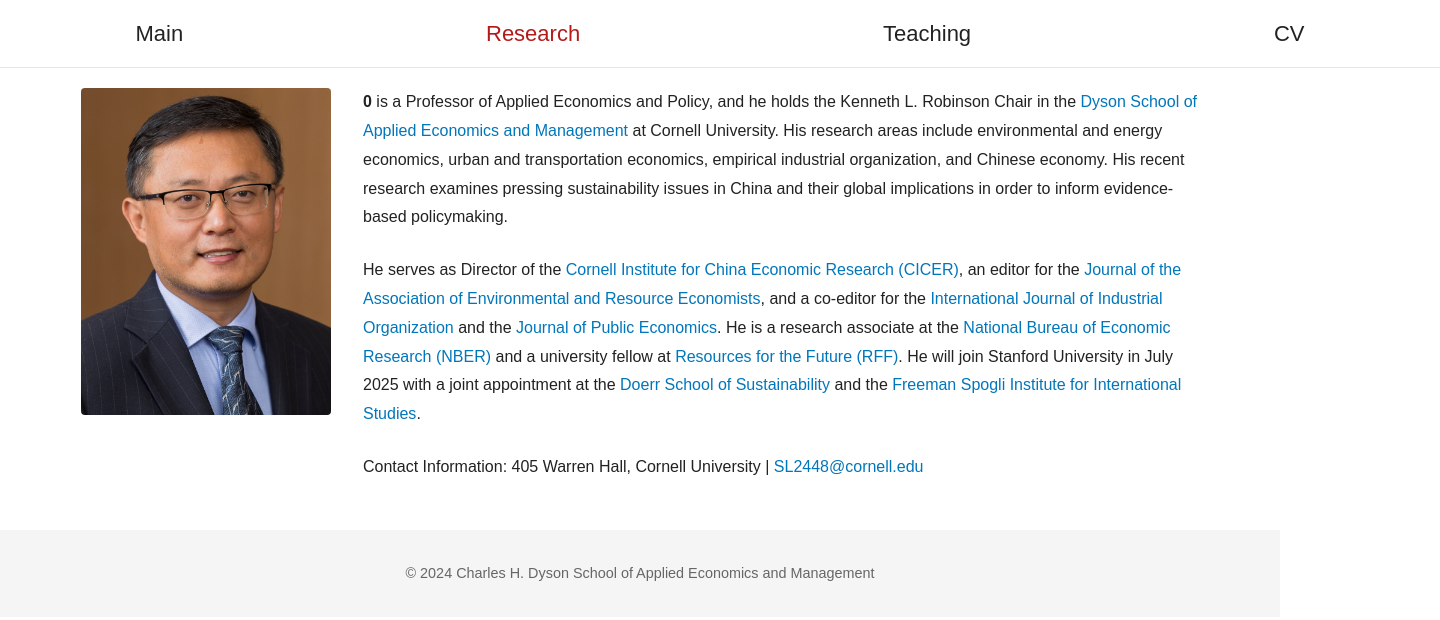
Repository: huang-heavenly-Emperor/k1_project
Page: research.html
An editor plug-in stored every save of this project. The page is shown before and after the next save, followed by the edit.
The browser window is 1280 px wide. The page is 1440 px wide, so the pictures cover 1440 px, including what lies to the right of the window. The pictures show the whole page.

Above is the page before, as saved 2024-11-17 15:06:42.

### research.html
<!DOCTYPE html>
<html lang="en">
<head>
    <meta charset="UTF-8">
    <meta name="viewport" content="width=device-width, initial-scale=1.0">
    <title>Research - Cornell University</title>
    <link rel="stylesheet" href="reset.css">
    <link rel="stylesheet" href="common.css">
    <link rel="stylesheet" href="research.css">
</head>
<body>
    <header class="site-header">

        <nav class="main-nav">
            <div class="nav-container">
                <ul class="nav-list">
                    <li><a href="./index.html">Main</a></li>
                    <li><a href="./research.html" class="active">Research</a></li>
                    <li><a href="./teaching.html">Teaching</a></li>
                    <li><a href="./CV_ShanjunLi_Fall2024.pdf" target="_blank">CV</a></li>
                </ul>
            </div>
        </nav>
    </header>

    <main class="main-container">
        <article class="researcher-profile">
            <div class="profile-image">
                <img src="images/facpic_li.jpg" alt="Professor Profile Image">
            </div>
            <div class="profile-content">
                <section class="research-intro">
                    <p><strong>0</strong> is a Professor of Applied Economics and Policy, and he holds the Kenneth L. Robinson Chair in the <a href="#">Dyson School of Applied Economics and Management</a> at Cornell University. His research areas include environmental and energy economics, urban and transportation economics, empirical industrial organization, and Chinese economy. His recent research examines pressing sustainability issues in China and their global implications in order to inform evidence-based policymaking.</p>
                </section>

                <section class="current-positions">
                    <p>He serves as Director of the <a href="#">Cornell Institute for China Economic Research (CICER)</a>, an editor for the <a href="#">Journal of the Association of Environmental and Resource Economists</a>, and a co-editor for the <a href="#">International Journal of Industrial Organization</a> and the <a href="#">Journal of Public Economics</a>. He is a research associate at the <a href="#">National Bureau of Economic Research (NBER)</a> and a university fellow at <a href="#">Resources for the Future (RFF)</a>. He will join Stanford University in July 2025 with a joint appointment at the <a href="#">Doerr School of Sustainability</a> and the <a href="#">Freeman Spogli Institute for International Studies</a>.</p>
                </section>

                <section class="contact-info">
                    <p>Contact Information: 405 Warren Hall, Cornell University | <a href="mailto:SL2448@cornell.edu">SL2448@cornell.edu</a></p>
                </section>
            </div>
        </article>
    </main>

    <footer class="footer">
        <div class="footer-container">
            <p>© 2024 Charles H. Dyson School of Applied Economics and Management</p>
        </div>
    </footer>
    <script>
        function openCV() {
            window.open('./CV_ShanjunLi_Fall2024.pdf', '_blank');
            // 这里可以添加全屏阅读器的逻辑
        }
    </script>
</body>
</html>

### reset.css
*, *::before, *::after {
    margin: 0;
    padding: 0;
    box-sizing: border-box;
}

html, body {
    height: 100%;
    font-size: 16px;
    line-height: 1.5;
    -webkit-font-smoothing: antialiased;
    -moz-osx-font-smoothing: grayscale;
}

body {
    font-family: Arial, sans-serif;
    color: #333;
}

ul, ol {
    list-style: none;
}

a {
    text-decoration: none;
    color: inherit;
}

img {
    max-width: 100%;
    height: auto;
    display: block;
}

button, input, select, textarea {
    font: inherit;
    color: inherit;
}

h1, h2, h3, h4, h5, h6 {
    font-size: inherit;
    font-weight: inherit;
}

### common.css
.site-header {
  position: relative;
  width: 1440px;
  height: max-content;
  margin: 0 auto 20px;
  overflow: hidden;
}

.banner {
  height: 320px;
  overflow: hidden;
  position: relative;
}

.banner img {
  width: 100%;
  height: 100%;
  object-fit: cover;
}

nav {
  background-color: var(--background-color);
  border-bottom: 1px solid var(--border-color);
}

nav ul {
  display: flex;
  justify-content: space-around;
  align-items: center;
  gap: 2rem;
  padding: 1rem 0;
  list-style: none;
}

nav a {
  text-decoration: none;
  color: var(--text-color);
  font-weight: 500;
  font-size: 22px;
  padding: 0.5rem 0;
  transition: color 0.3s;
}

nav a:hover,
nav a.active {
  color: var(--primary-color);
}

@media (max-width: 768px) {
    .site-header {
        width: 100%;
    }

    nav ul {
        flex-direction: column;
        align-items: center;
    }

    nav a {
        font-size: 18px;
    }
}

### research.css
:root {
  --primary-color: #B31B1B;
  --text-color: #222;
  --link-color: #0076BB;
  --background-color: #fff;
  --border-color: #e5e5e5;
}

body {
  font-family: Arial, sans-serif;
  line-height: 1.6;
  color: var(--text-color);
  background-color: var(--background-color);
}

.main-container {
  max-width: 1150px;
  margin: 0 auto;
  padding: 0 1rem;
  box-sizing: border-box;

}


.researcher-profile {
  display: grid;
  grid-template-columns: 250px 1fr;
  gap: 2rem;

}

.profile-image img {
  width: 100%;
  border-radius: 4px;
}

.profile-content {
  display: flex;
  flex-direction: column;
  gap: 1.5rem;
}

.research-intro,
.current-positions,
.contact-info {
  line-height: 1.8;
}

a {
  color: var(--link-color);
  text-decoration: none;
  transition: color 0.3s;
}

a:hover {
  color: var(--primary-color);
}

.footer {
  background-color: #f5f5f5;
  padding: 2rem 0;
  margin-top: 3rem;
  text-align: center;
  font-size: 0.9rem;
  color: #666;
}

@media (max-width: 768px) {
  .researcher-profile {
    grid-template-columns: 1fr;
  }

  .profile-image {
    max-width: 100%;
    margin: 0 auto;
  }

  .nav-list {
    flex-direction: column;
    align-items: center;
  }

  nav a {
    font-size: 18px;
  }
}

@media (max-width: 480px) {
  .banner {
    height: 200px;
  }
}

After the next save:
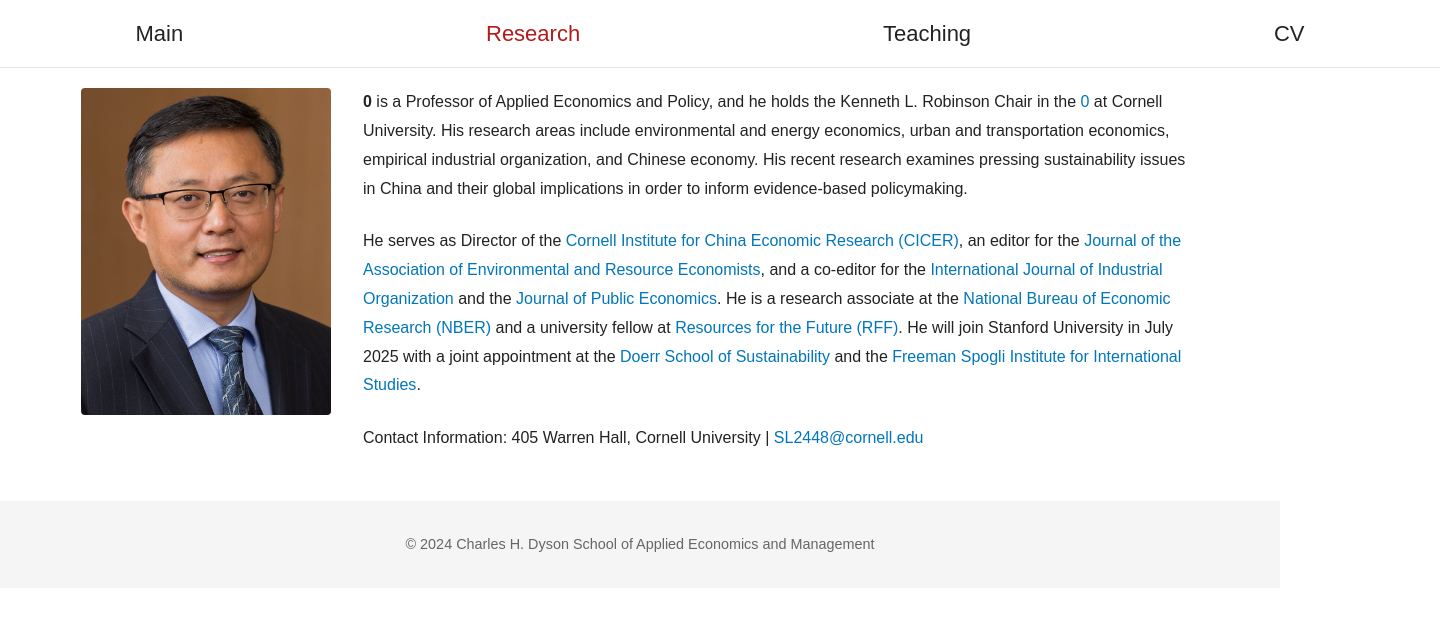
Saved 27 s later.
--- a/research.html
+++ b/research.html
@@ -30,7 +30,7 @@
             </div>
             <div class="profile-content">
                 <section class="research-intro">
-                    <p><strong>0</strong> is a Professor of Applied Economics and Policy, and he holds the Kenneth L. Robinson Chair in the <a href="#">Dyson School of Applied Economics and Management</a> at Cornell University. His research areas include environmental and energy economics, urban and transportation economics, empirical industrial organization, and Chinese economy. His recent research examines pressing sustainability issues in China and their global implications in order to inform evidence-based policymaking.</p>
+                    <p><strong>0</strong> is a Professor of Applied Economics and Policy, and he holds the Kenneth L. Robinson Chair in the <a href="#">0</a> at Cornell University. His research areas include environmental and energy economics, urban and transportation economics, empirical industrial organization, and Chinese economy. His recent research examines pressing sustainability issues in China and their global implications in order to inform evidence-based policymaking.</p>
                 </section>
 
                 <section class="current-positions">
